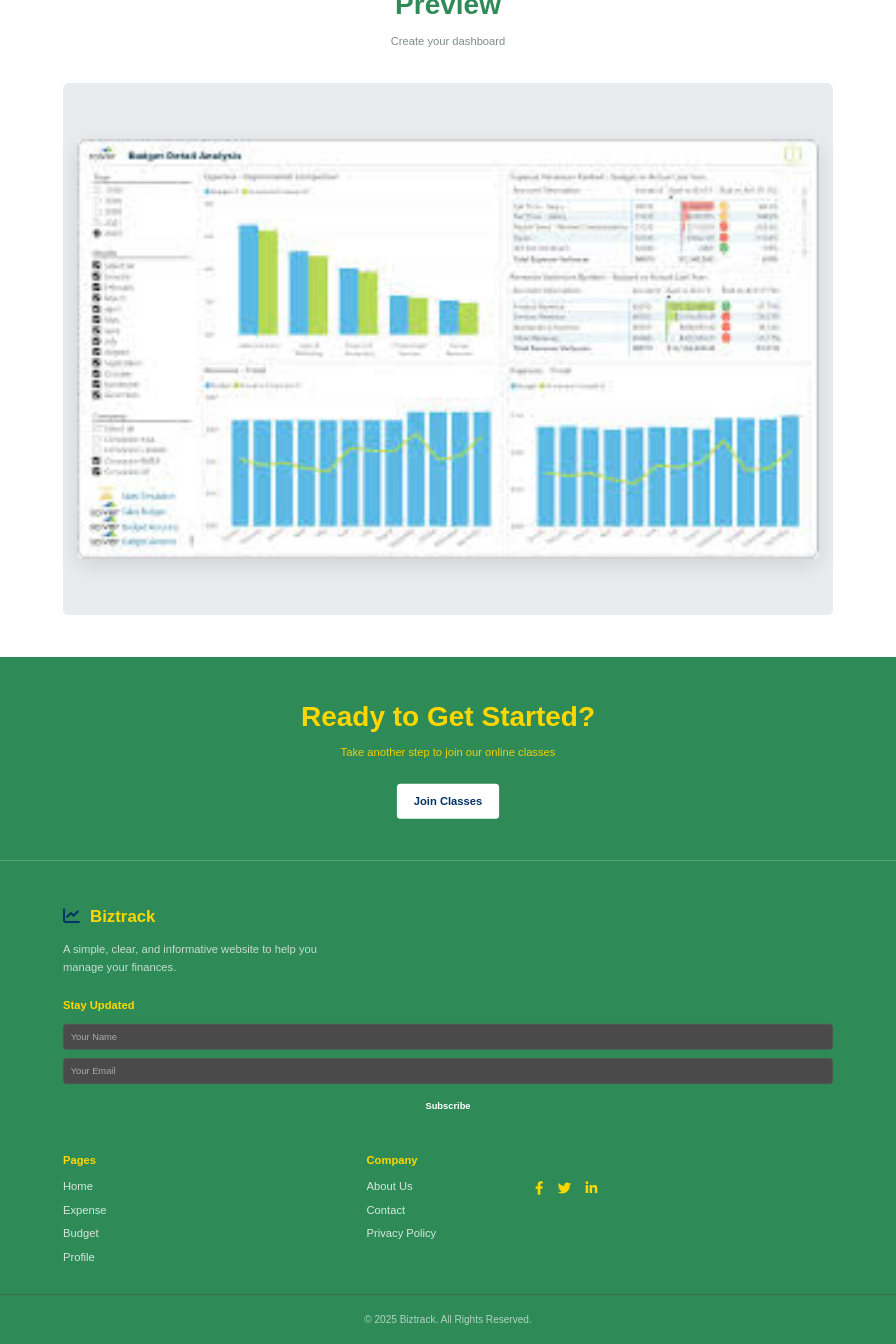
Repository: JoyUdoh106/wdd131
Page: project/index.html
An editor plug-in stored every save of this project. The page is shown before and after a run of saves, followed by the edit.
The browser window is 1280 px wide. The pictures show the part of the page from y = 1172 to 3092 px (the page is 3092 px tall before and 2851 px after), at 70% of full size.

Above is the page before, as saved 2025-08-10 20:36:28.

### project/index.html
<!DOCTYPE html>
<html lang="en">
<head>
    <meta charset="UTF-8">
    <meta name="viewport" content="width=device-width, initial-scale=1.0">
    <title>BIZTRACK - Track Expense and Budget - HOME PAGE</title>
    <meta name="description" content="An informational website on tracking expenses and making budgets - Home page">
    <meta name="author" content="Joy Paulinus Udoh">

    <link rel="stylesheet" href="styles/project.css">
    <script src="scripts/project.js" defer></script>
    <link rel="stylesheet" href="styles/project-large.css">
    <link rel="stylesheet" href="https://cdnjs.cloudflare.com/ajax/libs/font-awesome/6.4.0/css/all.min.css">

    <link rel="preconnect" href="https://fonts.googleapis.com">
    <link rel="preconnect" href="https://fonts.gstatic.com" crossorigin>
    <link href="https://fonts.googleapis.com/css2?family=Merriweather:wght@300;400&family=Roboto:ital,wght@0,100..900;1,100..900&display=swap" rel="stylesheet">
</head>
<body>
    <header>
        <div class="container header-container">
            <a href="index.html" class="logo"><i class="fas fa-chart-line"></i> Biztrack</a>
            <nav class="main-nav">
                <ul class="nav-links">
                    <li><a href="index.html" class="nav-link active">Home</a></li>
                    <li><a href="expense.html" class="nav-link">Expense</a></li>
                    <li><a href="budget.html" class="nav-link">Budget</a></li>
                    <li><a href="profile.html" class="nav-link">Profile</a></li>
                </ul>
            </nav>
            <a href="#" class="btn btn-primary get-started-btn">Get Started</a>
            <button class="nav-toggle" id="nav-toggle-btn">
                <i class="fas fa-bars"></i>
            </button>
        </div>
    </header>

    <div class="mobile-nav" id="mobile-nav-menu">
        <a href="index.html" class="nav-link active">Home</a>
        <a href="expense.html" class="nav-link">Expense</a>
        <a href="budget.html" class="nav-link">Budget</a>
        <a href="profile.html" class="nav-link">Profile</a>
    </div>

    <main>
        <section class="hero-section">
            <div class="container">
                <h1>Track Your Business Expenses Effortlessly</h1>
                <p>Let's give you a basic education to help you manage money right, and spend well.</p>
                <a href="#" class="btn btn-primary">Join Classes</a>
            </div>
        </section>

        <section class="features-section">
            <div class="container">
                <h2>Key Features</h2>
                <p>Below are the key festures of our website. Feel free to go through them all.</p>
                <div class="features-grid">
                    <div class="feature-card reveal">
                        <i class="fas fa-file-invoice-dollar icon"></i>
                        <h3>Expense Tracking</h3>
                        <p>Learn how to track your expenses, and how you spend money daily, weekly and monthly.</p>
                    </div>
                    <div class="feature-card reveal">
                        <i class="fas fa-wallet icon"></i>
                        <h3>Budget Management</h3>
                        <p>Learn how to set up a budget, types of budget, and common mistakes to avoid while making a budget</p>
                    </div>
                    <div class="feature-card reveal">
                        <i class="fas fa-chart-pie icon"></i>
                        <h3>Analytics Dashboard</h3>
                        <p>Check out the profile page.</p>
                    </div>
                    <div class="feature-card reveal">
                        <i class="fas fa-file-alt icon"></i>
                        <h3>Report Generation</h3>
                        <p>Watch your progress.</p>
                    </div>
                </div>
            </div>
        </section>

        <section class="preview-section">
            <div class="container">
                <h2>Preview</h2>
                <p>Create your dashboard</p>
                <div class="dashboard-preview reveal">
                    <img src="images/dashboard-preview - Copy.jpeg" alt="Biztrack Dashboard Preview" style="width:100%; height:auto; border-radius: 8px; box-shadow: 0 10px 30px rgba(0,0,0,0.1);">
                </div>
            </div>
        </section>

        <section class="cta-section">
            <div class="container">
                <h2>Ready to Get Started?</h2>
                <p>Take another step to join our online classes</p>
                <a href="#" class="btn btn-light">Join Classes</a>
            </div>
        </section>
    </main>
     <footer>
        <div class="container footer-container">
            <div class="footer-about">
                <a href="index.html" class="logo"><i class="fas fa-chart-line"></i> Biztrack</a>
                <p>A simple, clear, and informative website to help you manage your finances.</p>
            </div>

            <div class="footer-form">
                <h4>Stay Updated</h4>
                <form id="contact-form" class="contact-form">
                    <label for="name-input" class="sr-only">Your Name</label>
                    <input type="text" id="name-input" placeholder="Your Name" required>
                    <label for="email-input" class="sr-only">Your Email</label>
                    <input type="email" id="email-input" placeholder="Your Email" required>
                    <button type="submit" class="btn btn-primary">Subscribe</button>
                </form>
                <p id="welcome-message" class="welcome-message"></p>
            </div>

            <div class="footer-links">
                <h4>Pages</h4>
                <ul>
                    <li><a href="index.html">Home</a></li>
                    <li><a href="expense.html">Expense</a></li>
                    <li><a href="budget.html">Budget</a></li>
                    <li><a href="profile.html">Profile</a></li>
                </ul>
            </div>
            <div class="footer-links">
                <h4>Company</h4>
                <ul>
                    <li><a href="#">About Us</a></li>
                    <li><a href="#">Contact</a></li>
                    <li><a href="#">Privacy Policy</a></li>
                </ul>
            </div>
            <div class="footer-social">
                <h4>Follow Us</h4>
                <div class="social-icons">
                    <a href="https://facebook.com/joypaulinusudoh"><i class="fab fa-facebook-f"></i></a>
                    <a href="https://twitter.com"><i class="fab fa-twitter"></i></a>
                    <a href="https://linkedin.com/in/joypaulinusudoh"><i class="fab fa-linkedin-in"></i></a>
                </div>
            </div>
        </div>
        <div class="footer-bottom">
            <p>&copy; 2025 Biztrack. All Rights Reserved.</p>
        </div>
    </footer>

    <nav class="mobile-bottom-nav">
        <a href="index.html" class="bottom-nav-link active">
            <i class="fas fa-home"></i>
            <span>Home</span>
        </a>
        <a href="expense.html" class="bottom-nav-link">
            <i class="fas fa-file-invoice-dollar"></i>
            <span>Expense</span>
        </a>
        <a href="budget.html" class="bottom-nav-link">
            <i class="fas fa-wallet"></i>
            <span>Budget</span>
        </a>
        <a href="profile.html" class="bottom-nav-link">
            <i class="fas fa-user"></i>
            <span>Profile</span>
        </a>
    </nav>

</body>
</html>

### project/styles/project.css
:root {
    --primary-color: #003366;
    --dark-color: #2e8b57;
    --light-color: #ffd700;
    --text-color: #333333;
    --bg-color: #f5f5f5;
    --grey-color: #7f8c8d;
    --border-color: #ecf0f1;
}

* {
    margin: 0;
    padding: 0;
    box-sizing: border-box;
}

body {
    font-family: 'Poppins', sans-serif;
    color: var(--text-color);
    background-color: #ffffff;
    line-height: 1.6;
}

.container {
    width: 90%;
    max-width: 1100px;
    margin: 0 auto;
}

a {
    text-decoration: none;
    color: var(--primary-color);
}

ul {
    list-style-type: none;
}

h1, h2, h3, h4 {
    color: var(--dark-color);
    line-height: 1.2;
    margin-bottom: 1rem;
}

h1 { font-size: 2.5rem; }
h2 { font-size: 2rem; }

section {
    padding: 60px 0;
}

.btn {
    display: inline-block;
    padding: 12px 24px;
    border-radius: 5px;
    font-weight: 600;
    transition: background-color 0.3s ease, color 0.3s ease;
    border: none;
    cursor: pointer;
}

.btn-primary {
    background-color: var(--dark-color);
    color: #ffffff;
}

.btn-primary:hover {
    background-color: #004488;
}

.btn-light {
    background-color: #ffffff;
    color: var(--primary-color);
}
.btn-light:hover {
    background-color: var(--border-color);
}

header {
    background-color: var(--light-color);
    border-bottom: 1px solid var(--border-color);
    padding: 1rem 0;
    position: sticky;
    top: 0;
    z-index: 1000;
}

.header-container {
    display: flex;
    justify-content: space-between;
    align-items: center;
}

.logo {
    font-size: 1.5rem;
    font-weight: 700;
    color: var(--dark-color);
}
.logo i {
    margin-right: 8px;
    color: var(--primary-color);
}

.main-nav { display: none; }
.nav-toggle {
    background: none;
    border: none;
    font-size: 1.5rem;
    color: var(--dark-color);
    cursor: pointer;
}
.get-started-btn { display: none; }

.mobile-nav {
    display: none;
    flex-direction: column;
    background-color: var(--light-color);
    position: fixed;
    top: 65px;
    left: 0;
    width: 100%;
    padding: 1rem 0;
    border-bottom: 1px solid var(--border-color);
    z-index: 999;
}
.mobile-nav.open {
    display: flex;
}
.mobile-nav a {
    padding: 1rem 5%;
    color: var(--dark-color);
    font-weight: 500;
}
.mobile-nav a.active {
    color: var(--primary-color);
    font-weight: 700;
}

.hero-section {
    background-color: var(--light-color);
    text-align: center;
    padding: 80px 0;
}
.hero-section h1 {
    font-size: 2.2rem;
}
.hero-section p {
    max-width: 600px;
    margin: 1rem auto 2rem;
    font-size: 1.1rem;
    color: var(--grey-color);
}

.features-section {
    background-color: var(--bg-color);
    text-align: center;
}
.features-section > .container > p {
    max-width: 600px;
    margin: 0 auto 3rem;
    color: var(--grey-color);
}
.features-grid {
    display: grid;
    grid-template-columns: 1fr;
    gap: 2rem;
}
.feature-card {
    background-color: var(--light-color);
    padding: 2rem;
    border: 1px solid var(--border-color);
    border-radius: 8px;
    text-align: left;
    transition: transform 0.3s ease, box-shadow 0.3s ease;
}
.feature-card:hover {
    transform: translateY(-5px);
    box-shadow: 0 10px 20px rgba(0,0,0,0.05);
}
.feature-card .icon {
    font-size: 2rem;
    color: var(--primary-color);
    background-color: #fffbeb;
    padding: 1rem;
    border-radius: 50%;
    margin-bottom: 1rem;
    display: inline-block;
}
.feature-card h3 {
    margin-bottom: 0.5rem;
}

.preview-section {
    text-align: center;
}
.preview-section p {
     max-width: 600px;
    margin: 0 auto 3rem;
    color: var(--grey-color);
}
.dashboard-preview {
    background-color: #e9ecef;
    border-radius: 8px;
    padding: 80px 20px;
    display: flex;
    flex-direction: column;
    justify-content: center;
    align-items: center;
    color: var(--grey-color);
}
.dashboard-preview i {
    font-size: 3rem;
    margin-bottom: 1rem;
}

.cta-section {
    background-color: var(--dark-color);
    color: var(--light-color);
    text-align: center;
}
.cta-section h2 { color: var(--light-color); }
.cta-section p {
    margin-bottom: 2rem;
    opacity: 0.9;
}

footer {
    background-color: var(--dark-color);
    color: var(--bg-color);
    padding-top: 60px;
}
.footer-container {
    display: grid;
    grid-template-columns: 1fr;
    gap: 2rem;
    text-align: center;
}
.footer-about .logo {
    color: var(--light-color);
}
.footer-about p {
    margin-top: 1rem;
    color: var(--border-color);
    opacity: 0.8;
}
.footer-links h4 {
    color: var(--light-color);
    margin-bottom: 1rem;
}
.footer-links ul li {
    margin-bottom: 0.5rem;
}
.footer-links a {
    color: #ffffff;
    opacity: 0.8;
    transition: opacity 0.3s ease;
}
.footer-links a:hover {
    opacity: 1;
}
.social-icons a {
    color: var(--light-color);
    font-size: 1.2rem;
    margin: 0 0.5rem;
    transition: color 0.3s ease;
}
.social-icons a:hover {
    color: var(--primary-color);
}

.footer-bottom {
    text-align: center;
    padding: 1.5rem 0;
    margin-top: 2rem;
    border-top: 1px solid #4a4a4a;
    font-size: 0.9rem;
    color: var(--border-color);
    opacity: 0.7;
}

.mobile-bottom-nav {
    position: fixed;
    bottom: 0;
    left: 0;
    width: 100%;
    background-color: var(--light-color);
    border-top: 1px solid var(--border-color);
    display: flex;
    justify-content: space-around;
    padding: 0.5rem 0;
    z-index: 1000;
}
.bottom-nav-link {
    display: flex;
    flex-direction: column;
    align-items: center;
    color: var(--grey-color);
    font-size: 0.75rem;
}
.bottom-nav-link i {
    font-size: 1.2rem;
    margin-bottom: 4px;
}
.bottom-nav-link.active {
    color: var(--primary-color);
}

body {
    padding-bottom: 70px;
}

.content-page {
    padding: 60px 0;
}
.content-page h1 {
    text-align: center;
}
.content-page .subtitle {
    text-align: center;
    font-size: 1.1rem;
    color: var(--grey-color);
    margin-bottom: 3rem;
}
.content-article {
    margin-bottom: 2.5rem;
    background: #fff;
    padding: 2rem;
    border: 1px solid var(--border-color);
    border-radius: 8px;
}
.content-article ul {
    list-style-type: disc;
    padding-left: 20px;
}
.content-article ul li {
    margin-bottom: 0.5rem;
}
.sample-data {
    background-color: var(--bg-color);
    border-left: 4px solid var(--primary-color);
    padding: 1rem;
    margin-top: 1rem;
    border-radius: 4px;
}

.reveal {
    opacity: 0;
    transform: translateY(20px);
    transition: opacity 0.6s ease-out, transform 0.6s ease-out;
}
.reveal.visible {
    opacity: 1;
    transform: translateY(0);
}

.footer-form {
    grid-column: 1 / -1;
    text-align: left;
}
.footer-form h4 {
    color: var(--light-color);
    margin-bottom: 1rem;
}
.contact-form {
    display: flex;
    flex-direction: column;
    gap: 0.75rem;
}
.contact-form input {
    padding: 10px;
    border: 1px solid #555;
    border-radius: 5px;
    background-color: #4a4a4a;
    color: var(--light-color);
    font-family: 'Poppins', sans-serif;
}
.contact-form input::placeholder {
    color: #aaa;
}
.contact-form button {
    width: 100%;
    padding: 12px;
}
.welcome-message {
    margin-top: 1rem;
    color: var(--light-color);
    font-weight: 500;
    font-style: italic;
}
.sr-only {
    position: absolute;
    width: 1px;
    height: 1px;
    padding: 0;
    margin: -1px;
    overflow: hidden;
    clip: rect(0,0,0,0);
    border: 0;
}

### project/scripts/project.js
document.addEventListener('DOMContentLoaded', function() {

    const navToggleBtn = document.getElementById('nav-toggle-btn');
    const mobileNavMenu = document.getElementById('mobile-nav-menu');

    if (navToggleBtn && mobileNavMenu) {
        navToggleBtn.addEventListener('click', () => {
            mobileNavMenu.classList.toggle('open');
            const icon = navToggleBtn.querySelector('i');
            if (mobileNavMenu.classList.contains('open')) {
                icon.classList.remove('fa-bars');
                icon.classList.add('fa-times');
            } else {
                icon.classList.remove('fa-times');
                icon.classList.add('fa-bars');
            }
        });
    }

    const currentPath = window.location.pathname.split("/").pop();
    const navLinks = document.querySelectorAll('.nav-link');
    const bottomNavLinks = document.querySelectorAll('.bottom-nav-link');

    const targetFile = currentPath === '' ? 'index.html' : currentPath;

    navLinks.forEach(link => {
        if (link.getAttribute('href') === targetFile) {
            link.classList.add('active');
        } else {
            link.classList.remove('active');
        }
    });

    bottomNavLinks.forEach(link => {
        if (link.getAttribute('href') === targetFile) {
            link.classList.add('active');
        } else {
            link.classList.remove('active');
        }
    });

    const revealElements = document.querySelectorAll('.reveal');

    const revealObserver = new IntersectionObserver((entries, observer) => {
        entries.forEach(entry => {
            if (entry.isIntersecting) {
                entry.target.classList.add('visible');
                observer.unobserve(entry.target);
            }
        });
    }, {
        threshold: 0.1
    });

    revealElements.forEach(element => {
        revealObserver.observe(element);
    });

});

### project/styles/project-large.css
@media (min-width: 768px) {
    h1 { font-size: 3rem; }
    h2 { font-size: 2.5rem; }

    .nav-toggle, .mobile-nav, .mobile-bottom-nav {
        display: none;
    }
    body { padding-bottom: 0; }

    .main-nav {
        display: block;
    }
    .nav-links {
        display: flex;
        gap: 2rem;
        align-items: center;
    }
    .nav-link {
        color: var(--text-color);
        font-weight: 500;
        position: relative;
    }
    .nav-link::after {
        content: '';
        position: absolute;
        width: 0;
        height: 2px;
        bottom: -5px;
        left: 0;
        background-color: var(--primary-color);
        transition: width 0.3s;
    }
    .nav-link:hover::after, .nav-link.active::after {
        width: 100%;
    }
    .get-started-btn { display: inline-block; }
    .hero-section h1 { font-size: 3.5rem; }

    .features-grid {
        grid-template-columns: repeat(2, 1fr);
    }

    .footer-container {
        grid-template-columns: 2fr 1fr 1fr 1fr;
        text-align: left;
    }
}

@media (min-width: 992px) {
    .features-grid {
        grid-template-columns: repeat(4, 1fr);
    }
}

After the next 2 saves:
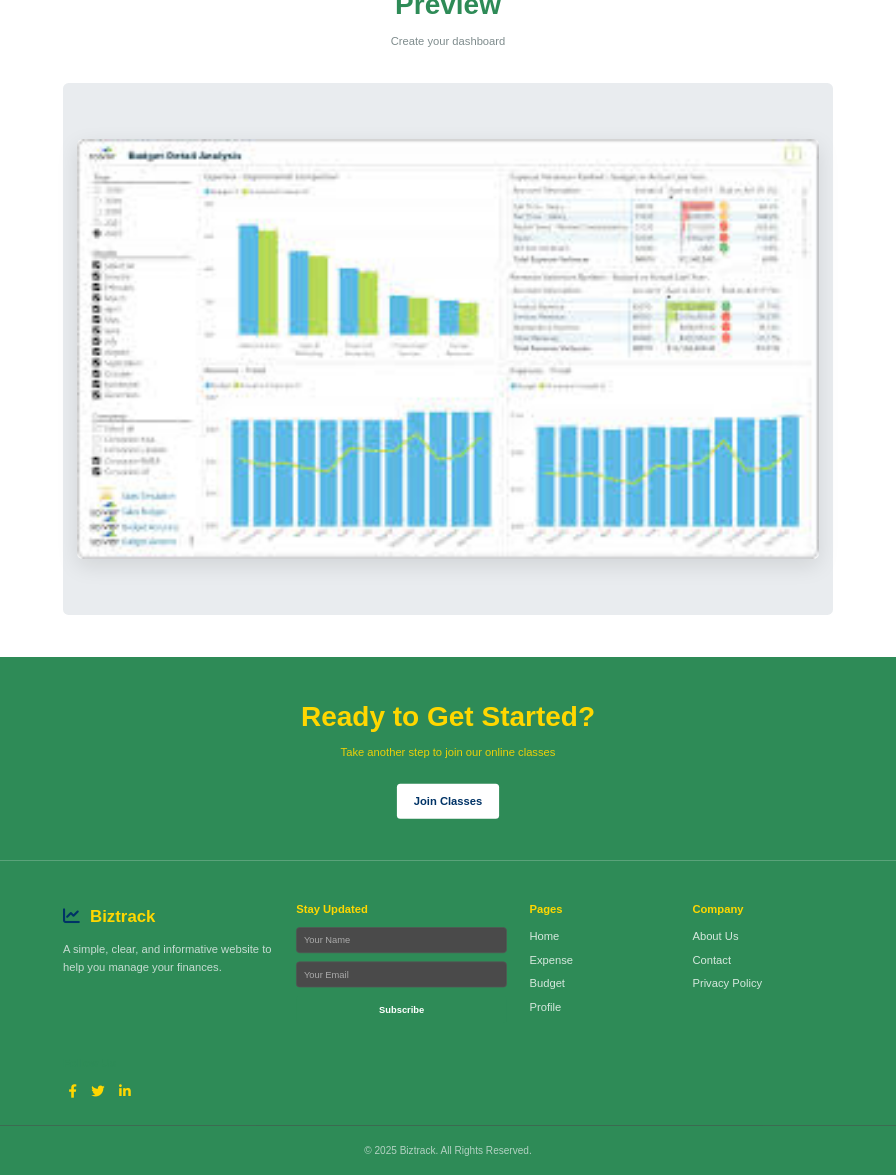
The 2 saves are shown as one change because they came seconds apart.
The last was saved 9 s later.
--- a/project/styles/project-large.css
+++ b/project/styles/project-large.css
@@ -51,3 +51,13 @@
         grid-template-columns: repeat(4, 1fr);
     }
 }
+
+@media (min-width: 992px) {
+    .footer-container {
+        grid-template-columns: 1.5fr 1.5fr 1fr 1fr;
+    }
+    .footer-about { grid-column: auto; }
+    .footer-form { grid-column: 2 / 3; }
+    .footer-links:first-of-type { grid-column: 3 / 4; }
+    .footer-links:last-of-type { grid-column: 4 / 5; }
+}
